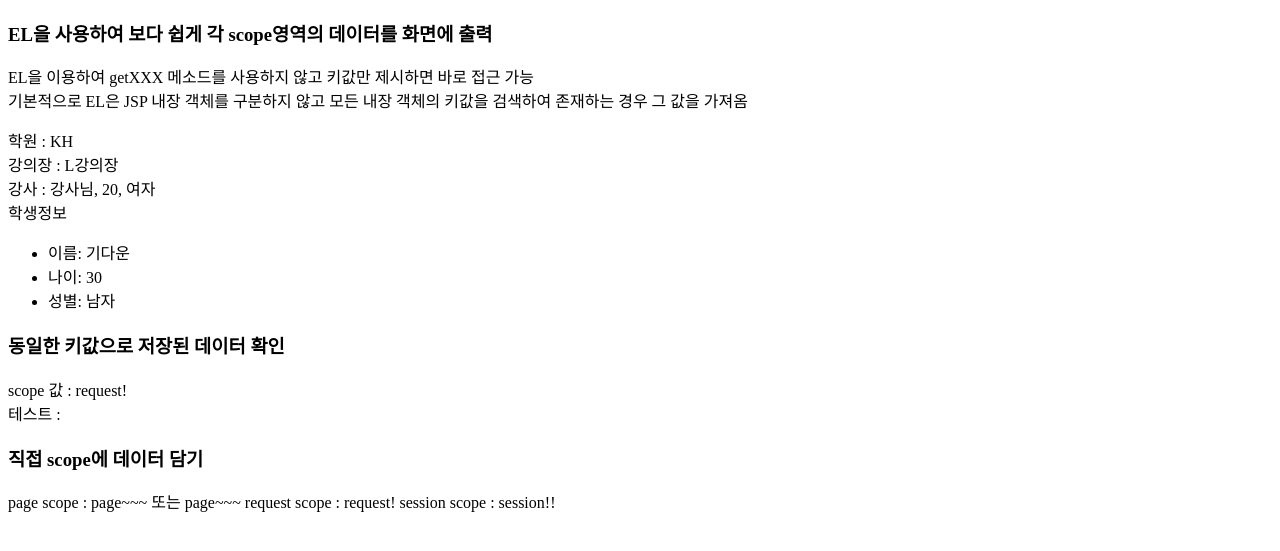
Repository: hailey-516/servlet
Page: http://localhost/3_elAction/el.do
The author's editor kept a copy of each file at every save. The page is drawn from the files as they stood at one save, then again after the next save.
The browser window is 1280 px wide. The pictures show the whole page.
The page is served by Tomcat 9.

Above is the page before, as saved 2024-08-26 03:22:12.

After the next save:
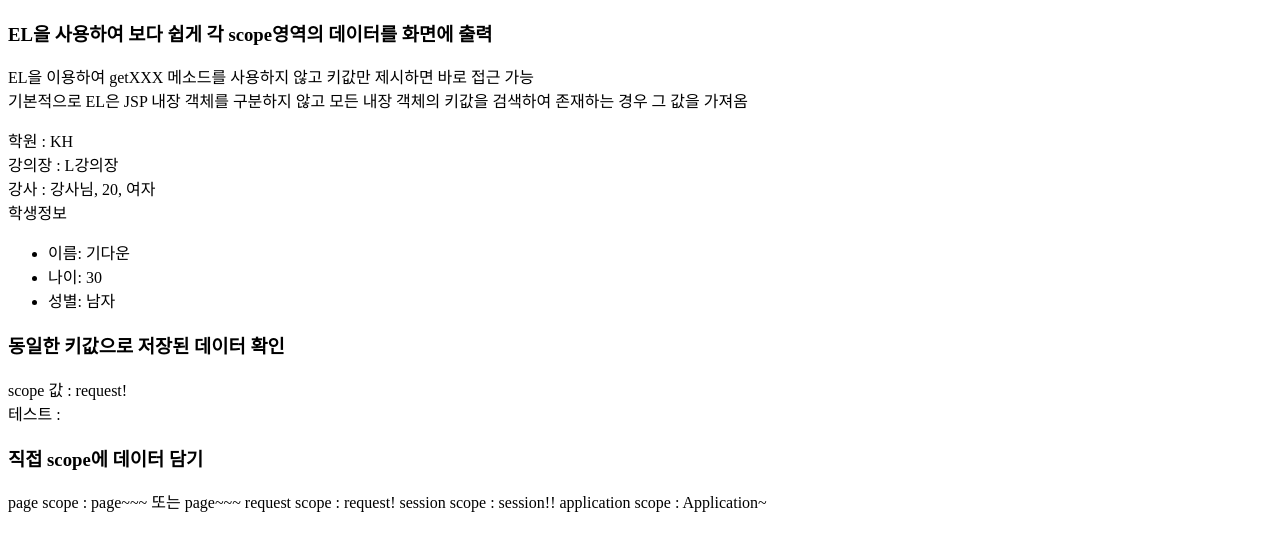
Saved 27 s later.
--- a/3_elAction/src/main/webapp/views/1_EL/01_el.jsp
+++ b/3_elAction/src/main/webapp/views/1_EL/01_el.jsp
@@ -73,6 +73,7 @@
 	 page scope : ${ scope } 또는 ${ pageScope.scope }
 	 request scope : ${ requestScope.scope }
 	 session scope : ${ sessionScope.scope }
+	 application scope : ${ applicationScope.scope }
 
 </body>
 </html>
